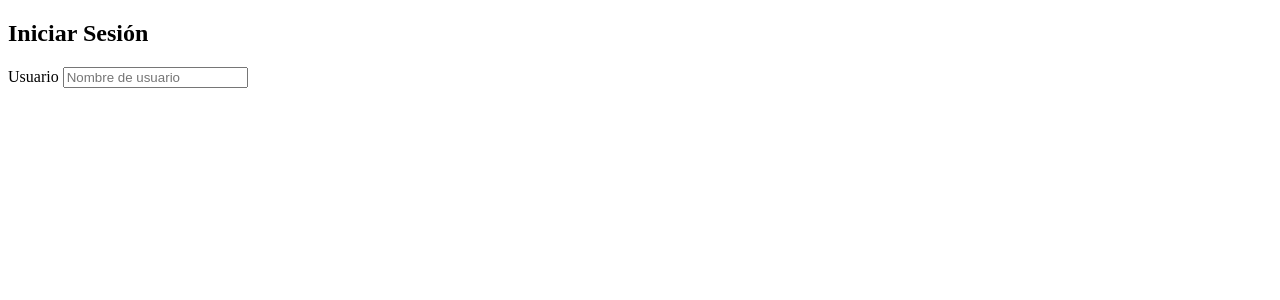
Repository: taborracho/Formulario
Page: index.html
The author's editor kept a copy of each file at every save. The page is drawn from the files as they stood at one save, then again after the next save.
The browser window is 1280 px wide. The pictures show the whole page.

Above is the page before, as saved 2021-07-14 18:58:22.

After the next save:
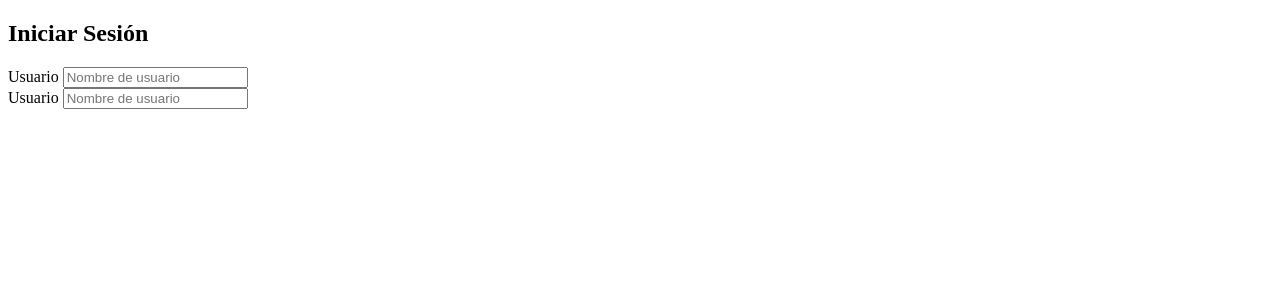
Saved 30 s later.
--- a/index.html
+++ b/index.html
@@ -24,6 +24,10 @@
                 <input type="text" id="usuario" placeholder="Nombre de usuario">
             </div>
 
+            <div>
+                <label for="password">Usuario</label>
+                <input type="password" id="password" placeholder="Nombre de usuario">
+            </div>
 
         </div>
 
